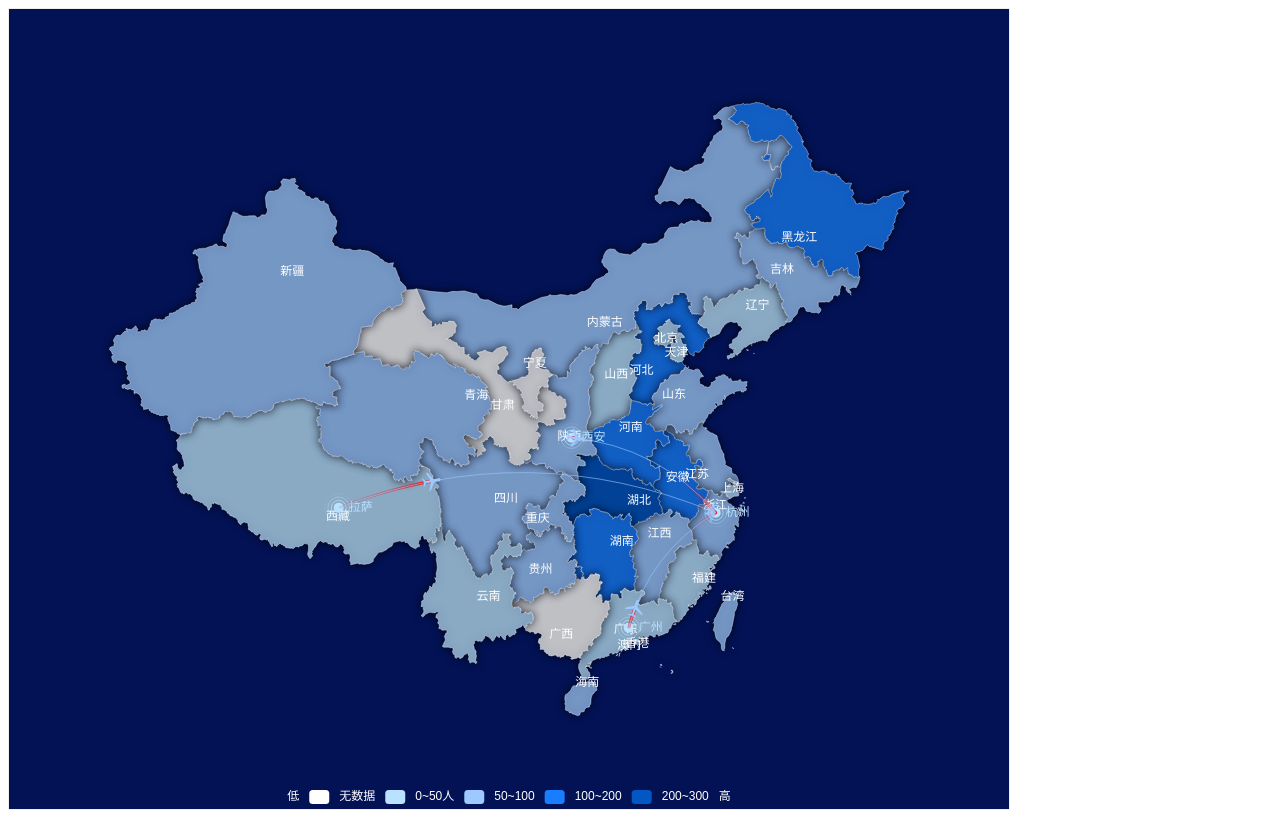
Repository: 572031690/echartssimple
Page: 21.地图常见效果_地图和散点图结合.html
The author's editor kept a copy of each file at every save. The page is drawn from the files as they stood at one save, then again after the next save.
The browser window is 1280 px wide. The pictures show the whole page.

Above is the page before, as saved 2021-08-11 17:54:09.

### 21.地图常见效果_地图和散点图结合.html
<!DOCTYPE html>
<html lang="en">

<head>
  <meta charset="UTF-8">
  <meta name="viewport" content="width=device-width, initial-scale=1.0">
  <meta http-equiv="X-UA-Compatible" content="ie=edge">
  <title>Document</title>
  <script src="lib/echarts.min.js"></script>
  <script src="lib/jquery.min.js"></script>
</head>

<body>
  <div style="width: 1000px;height:800px;background-color:#031255;border: 1px solid #eee;"></div>

  <script>
    //1. 给series下增加一个新的对象
    //2. 准备数据散点数据  , 配置给series下的另外一个对象
    //3. 配置series下的新对象的type值为effectScatter
    //4. 指明散点图的坐标系统为geo
    //5. 调整涟漪动画效果
    var airData = [
      { name: '北京', value: 39.92,count: 35 },
      { name: '天津', value: 39.13,count: 35 },
      { name: '上海', value: 31.22,count: 35 },
      { name: '重庆', value: 66,count: 35 },
      { name: '河北', value: 147,count: 35 },
      { name: '河南', value: 113,count: 35 },
      { name: '云南', value: 25.04,count: 35 },
      { name: '辽宁', value: 50,count: 35 },
      { name: '黑龙江', value: 114,count: 35 },
      { name: '湖南', value: 175,count: 35 },
      { name: '安徽', value: 117,count: 35 },
      { name: '山东', value: 92,count: 35 },
      { name: '新疆', value: 84,count: 35 },
      { name: '江苏', value: 67,count: 35 },
      { name: '浙江', value: 84,count: 35 },
      { name: '江西', value: 96,count: 35 },
      { name: '湖北', value: 273,count: 35 },
      { name: '广西', value: 0,count: 35 },
      { name: '甘肃', value: 0,count: 35 },
      { name: '山西', value: 39,count: 35 },
      { name: '内蒙古', value: 58,count: 35 },
      { name: '陕西', value: 61,count: 35 },
      { name: '吉林', value: 51,count: 35 },
      { name: '福建', value: 29,count: 35 },
      { name: '贵州', value: 71,count: 35 },
      { name: '广东', value: 38,count: 35 },
      { name: '青海', value: 57,count: 35 },
      { name: '西藏', value: 24 ,count: 35},
      { name: '四川', value: 58,count: 35 },
      { name: '宁夏', value: 0 ,count: 35},
      { name: '海南', value: 54,count: 35 },
      { name: '台湾', value: 88,count: 35 },
      { name: '香港', value: 66,count: 35 },
      { name: '澳门', value: 77,count: 35 },
      { name: '南海诸岛', value: 55 ,count: 35}
    ]
    var scatterData = [
      {
        value: [120.213042, 29.86119]
      }
    ]
    var labelFormatter = [
      {name: '杭州', matter: '公司总部：杭州钢材科技公司'},
      {name: '拉萨', matter: '钢材公司1'},
      {name: '广州', matter: '钢材公司2'},
      {name: '西安', matter: '钢材公司3'}

    ]

    var lineSc = [
      {coords:[[91.1865, 30.1465],[120.213042, 29.86119]],fromName:"拉萨",toName:"杭州",value:100},
      {coords:[[113.5107, 23.2196],[120.213042, 29.86119]],fromName:"广州",toName:"杭州",value:100},
      {coords:[[109.1162, 34.2004],[120.213042, 29.86119]],fromName:"西安",toName:"杭州",value:100}
    ]
    var planePath =
                "path://M1705.06,1318.313v-89.254l-319.9-221.799l0.073-208.063c0.521-84.662-26.629-121.796-63.961-121.491c-37.332-0.305-64.482,36.829-63.961,121.491l0.073,208.063l-319.9,221.799v89.254l330.343-157.288l12.238,241.308l-134.449,92.931l0.531,42.034l175.125-42.917l175.125,42.917l0.531-42.034l-134.449-92.931l12.238-241.308L1705.06,1318.313z";
    var mCharts = echarts.init(document.querySelector("div"))
    $.get('json/map/china.json', function (ret) {
      // ret 就是中国的各个省份的矢量地图数据
      console.log(ret)
      echarts.registerMap('chinaMap', ret)
      var option = {
        tooltip: {//鼠标一上去的信息框
          trigger: 'item'
        },
        geo: {
          type: 'map',
          map: 'chinaMap', // chinaMap需要和registerMap中的第一个参数保持一致
          roam: true, // 设置允许缩放以及拖动的效果
          label: {
            show: true, // 展示标签
            textStyle: {
              fontSize: 12,
              textWeight:900,
              color: 'white'
            }
          },
          itemStyle: {
            normal: {
              areaColor: '#416cbb',//地图区域的颜色。
              borderColor: '#fff',//图形的描边颜色。支持的颜色格式同 color，不支持回调函数。
              shadowColor: 'black',//阴影颜色。#41587f
              shadowBlur: 8,//图形阴影的模糊大小。
              opacity: 0.75//图形透明度
            },
            emphasis: {
              areaColor: '#fdd145',
            }
          }
        },
        series: [
          { // 地图数据
            data: airData,
            geoIndex: 0, // 将空气质量的数据和第0个geo配置关联在一起
            type: 'map',
            tooltip: {
              textStyle: {
                fontSize:10,
              },
              // 利用formatter来自定义tooltip展示的数据
              formatter: function (params,ticket,callback) {
                if (params.value) {
                  return params.name+'<br/>成交量：' + params.value + '单<br/>' + '平均标签价格：' + airData[params.dataIndex].count + '元<br/>'
                } else {
                    callback()
                }
              }
            }
          },
          { // 动态红线
            name: " 杭州 Top3",
            type: "lines",
            zlevel: 1, // zlevel 大的 Canvas 会放在 zlevel 小的 Canvas 的上面。
            effect: {
              show: true,
              period: 4, // 动画的快慢
              trailLength: 0.7, // 红线的宽度
              color: "red", //arrow箭头的颜色
              symbolSize: 3 // 红线的宽度
            },
            lineStyle: {
              color: '#46bee9',
              width: 0,
              curveness: 0.2 // 弯曲度
            },
            data:lineSc,

          },
          { // 箭头线
            name: " 杭州 Top3",
            type: "lines",
            zlevel: 2,
            symbol: ["none", "arrow"],
            symbolSize: 10, // 设置箭头的大小
            effect: {
              show: true,
              period: 4,
              trailLength: 0,// 红线的宽度 设置为零只显示飞机
              symbol: planePath,
              symbolSize: 18
            },
            lineStyle: {
              normal: {
                color: '#46bee9',
                width: 1,
                opacity: 0.6,
                curveness: 0.2
              }
            },
            data: lineSc,
            tooltip: {
              textStyle: {
                fontSize:10,
              },
              // 利用formatter来自定义tooltip展示的数据
              formatter: function (params,ticket,callback) {
                console.log(params);
                  return params.data.fromName+'采购：<br/> 木材：'+ params.data.value + '万吨'
              }
            }
          },
          { // 散点数据
            name:'杭州',
            data: [[120.213042, 29.86119],[91.1865, 30.1465],[113.5107, 23.2196],[109.1162, 34.2004]], // 配置散点的坐标数据
            type: 'effectScatter',
            coordinateSystem: 'geo', // 指明散点使用的坐标系统  geo的坐标系统
            rippleEffect: {
              scale: 3, // 设置涟漪动画的缩放比例
              brushType: "stroke"
            },
            label: {
              normal: {
                show: true,
                position: "right",
                formatter: function (params,ticket,callback) {
                  return labelFormatter[params.dataIndex].name
                }
              }
            },
            itemStyle: {
              normal: {
                color: '#46bee9'
              },
              emphasis: {
                areaColor: "#2B91B7"
              }
            },
            tooltip: {
              textStyle: {
                fontSize:10,
              },
              // 利用formatter来自定义tooltip展示的数据
              formatter: function (params,ticket,callback) {
                return labelFormatter[params.dataIndex].matter
              }

            }
          }
        ],
        visualMap: { // 渐变分层显示
          // type: 'continuous',   // 连续渐变
          type: 'piecewise',  // 分层
          min: 0,
          max: 300,
          text: ['高', '低'],//两端的文本，如 ['High', 'Low']
          showLabel:true,           //是否显示每项的文本标签
          orient:"horizontal",     //图例排列方向 水平horizontal 垂直vertical
          left:"center",
          indicatorStyle: {
            borderColor:'red',
            borderWidth: 1,
          },
          textStyle: {//设置文字颜色（Demo左下组件）
            color: 'white',
            fontSize:12
          },
          // inRange: {
          //   color: ['#B8E2FF','#9DC9FF','#6CADFF','#187EFF', '#0357C2'] // 控制颜色渐变的范围
          // },

          pieces: [
          // 自定义『分段式视觉映射组件（visualMapPiecewise）』的每一段的范围，以及每一段的文字，以及每一段的特别的样式
            { gt: 200, lte: 300, label: "200~300", color: "#0357C2" }, // (500, 900]
            { gt: 100, lte: 200, label: "100~200", color: "#187EFF" }, // (310, 500]
            { gt: 50, lte: 100, label: "50~100", color: "#9DC9FF" }, // (200, 300]
            { gt: 0, lte: 50, label: "0~50人", color: "#B8E2FF" }, // (10, 200]
            { value:0, label: "无数据", color: "#fff" } // [0]
          ],

          // calculable: true // 出现滑块
        }
      }
      mCharts.setOption(option)
    })

  </script>
</body>

</html>

Loaded but not shown: lib/echarts.min.js (library); lib/jquery.min.js (library); json/map/china.json (common file)

After the next save:
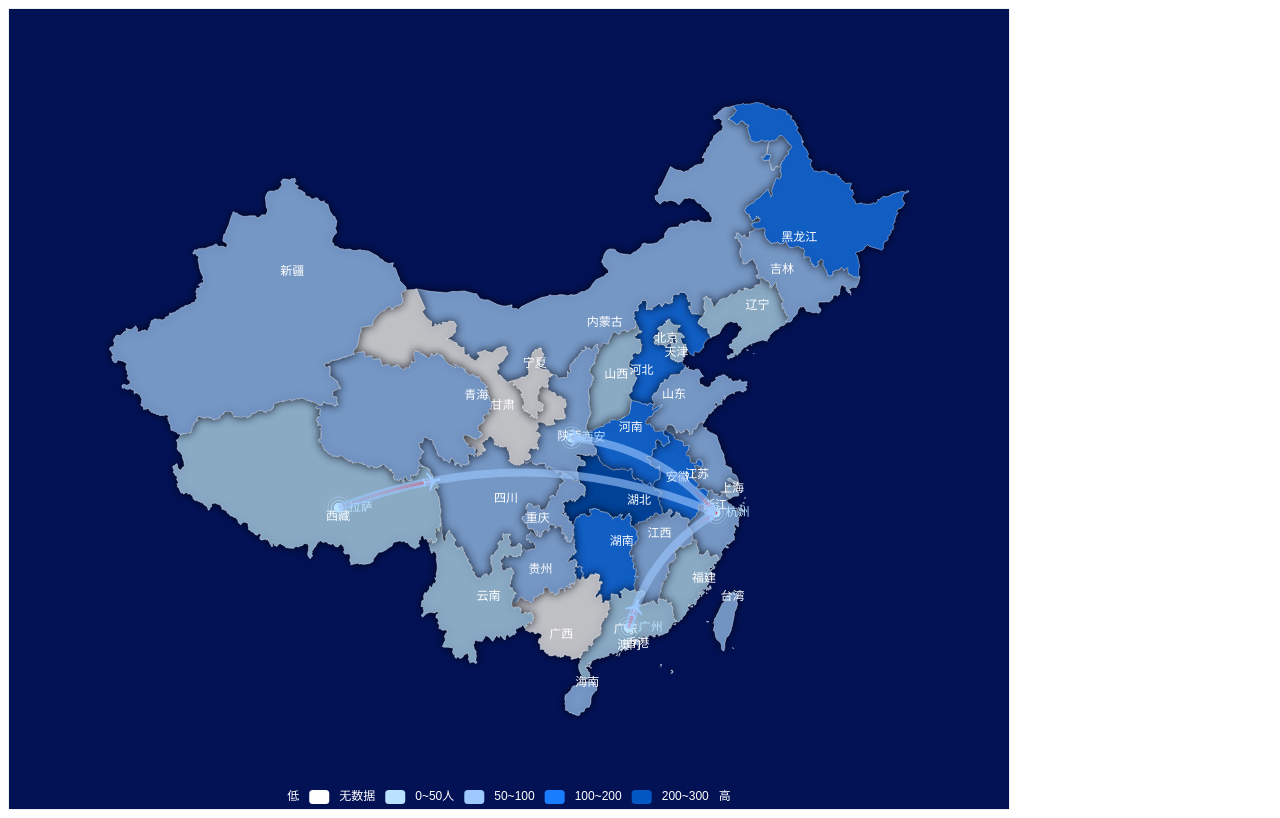
Saved 13 s later.
--- a/21.地图常见效果_地图和散点图结合.html
+++ b/21.地图常见效果_地图和散点图结合.html
@@ -164,7 +164,7 @@
             lineStyle: {
               normal: {
                 color: '#46bee9',
-                width: 1,
+                width: 8,
                 opacity: 0.6,
                 curveness: 0.2
               }
